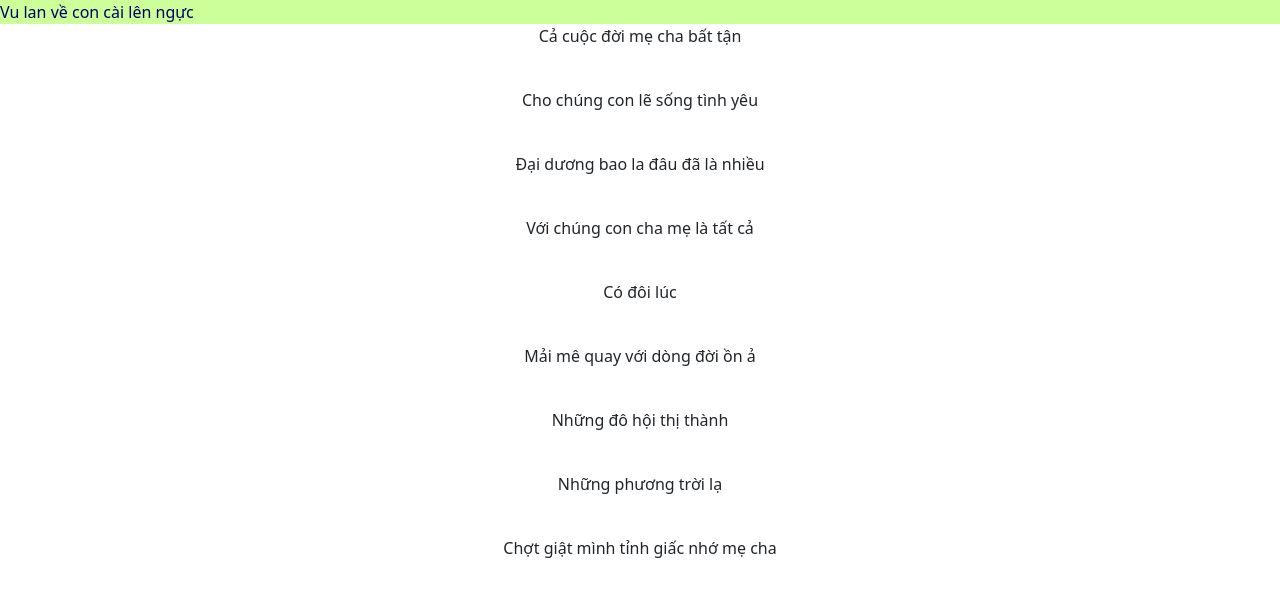
Repository: hoapham2k2/bai_tap_thuc_hanh_is207.n12
Page: index.html
These files come from the project's save history. The page is drawn as it stood at one moment and after the next save; the edit follows.
The browser window is 1280 px wide. The pictures show the whole page.

Above is the page before, as saved 2022-09-19 08:04:03.

### index.html
<!DOCTYPE html>
<html lang="en">

<head>
    <meta charset="UTF-8">
    <meta http-equiv="X-UA-Compatible" content="IE=edge">
    <meta name="viewport" content="width=device-width, initial-scale=1.0">
    <title>Document</title>

    <!-- link bootstrap -->
    <!-- Latest compiled and minified CSS -->
    <link href="https://cdn.jsdelivr.net/npm/bootstrap@5.2.1/dist/css/bootstrap.min.css" rel="stylesheet">
    <!-- Latest compiled JavaScript -->
    <script src="https://cdn.jsdelivr.net/npm/bootstrap@5.2.1/dist/js/bootstrap.bundle.min.js"></script>
</head>

<body>

    <div class="poem">
        <div class="poem_title">Vu lan về con cài lên ngực</div>
        <div class="poem_body text-center">
            <div class="poem_1st_parapraph">
                <p>Cả cuộc đời mẹ cha bất tận</p><br>
                <p>Cho chúng con lẽ sống tình yêu</p><br>
                <p>Đại dương bao la đâu đã là nhiều</p><br>
                <p>Với chúng con cha mẹ là tất cả</p><br>
            </div>
            <div class="poem_2st_parapraph">
                <p>Có đôi lúc</p><br>
                <p>Mải mê quay với dòng đời ồn ả</p><br>
                <p>Những đô hội thị thành</p><br>
                <p>Những phương trời lạ</p><br>
                <p>Chợt giật mình tỉnh giấc nhớ mẹ cha</p><br>
            </div>
        </div>
    </div>
</body>
<style>
    .poem_title {
        color: #000066;
        background-color: #ccff99;
    }
</style>

</html>

After the next save:
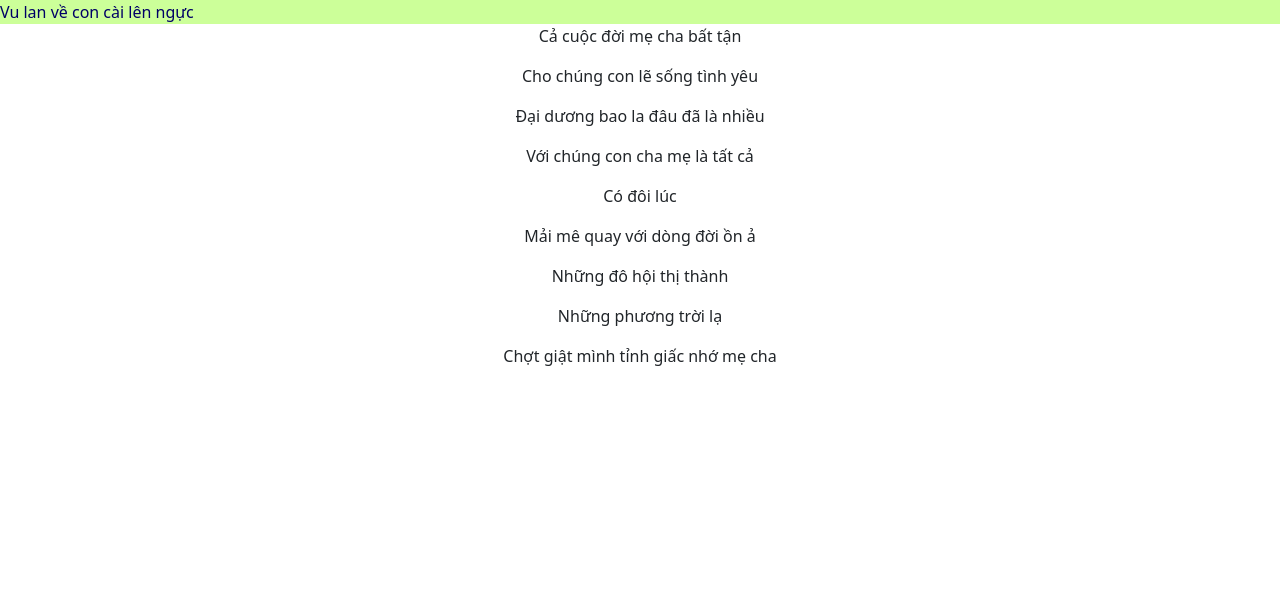
Saved 23 s later.
--- a/index.html
+++ b/index.html
@@ -20,17 +20,17 @@
         <div class="poem_title">Vu lan về con cài lên ngực</div>
         <div class="poem_body text-center">
             <div class="poem_1st_parapraph">
-                <p>Cả cuộc đời mẹ cha bất tận</p><br>
-                <p>Cho chúng con lẽ sống tình yêu</p><br>
-                <p>Đại dương bao la đâu đã là nhiều</p><br>
-                <p>Với chúng con cha mẹ là tất cả</p><br>
+                <p>Cả cuộc đời mẹ cha bất tận</p>
+                <p>Cho chúng con lẽ sống tình yêu</p>
+                <p>Đại dương bao la đâu đã là nhiều</p>
+                <p>Với chúng con cha mẹ là tất cả</p>
             </div>
             <div class="poem_2st_parapraph">
-                <p>Có đôi lúc</p><br>
-                <p>Mải mê quay với dòng đời ồn ả</p><br>
-                <p>Những đô hội thị thành</p><br>
-                <p>Những phương trời lạ</p><br>
-                <p>Chợt giật mình tỉnh giấc nhớ mẹ cha</p><br>
+                <p>Có đôi lúc</p>
+                <p>Mải mê quay với dòng đời ồn ả</p>
+                <p>Những đô hội thị thành</p>
+                <p>Những phương trời lạ</p>
+                <p>Chợt giật mình tỉnh giấc nhớ mẹ cha</p>
             </div>
         </div>
     </div>
